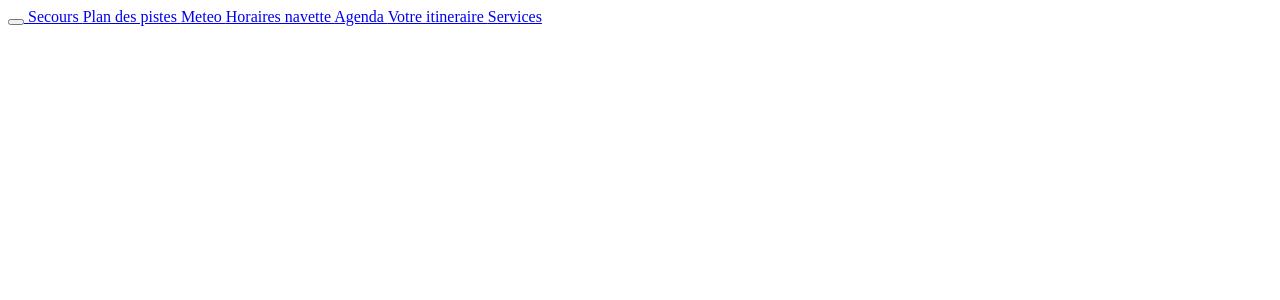
Repository: numericgraphics/Rosiere_Service
Page: www/templates/home.html
The author's editor kept a record of every edit. The page is drawn from the files as they stood at one moment, then again after the next edit.
The browser window is 1280 px wide. The pictures show the whole page.

Above is the page before.

After the next edit:
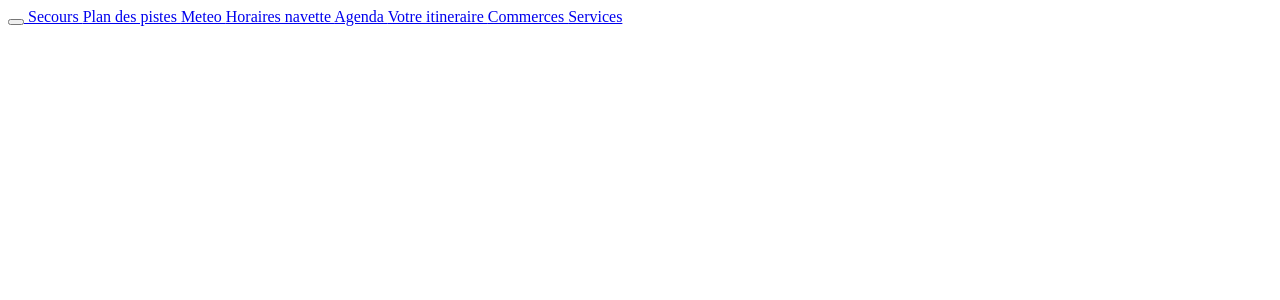
The edit:
--- a/www/templates/home.html
+++ b/www/templates/home.html
@@ -42,6 +42,10 @@
     <i class="icon ion-compose"></i>
     Votre itineraire
   </a>
+  <a class="item item-icon-left" href="#/menu/commerces">
+    <i class="icon ion-beer"></i>
+    Commerces
+  </a>
 
   <a class="item item-icon-left" href="#/menu/services">
     <i class="icon ion-happy"></i>
